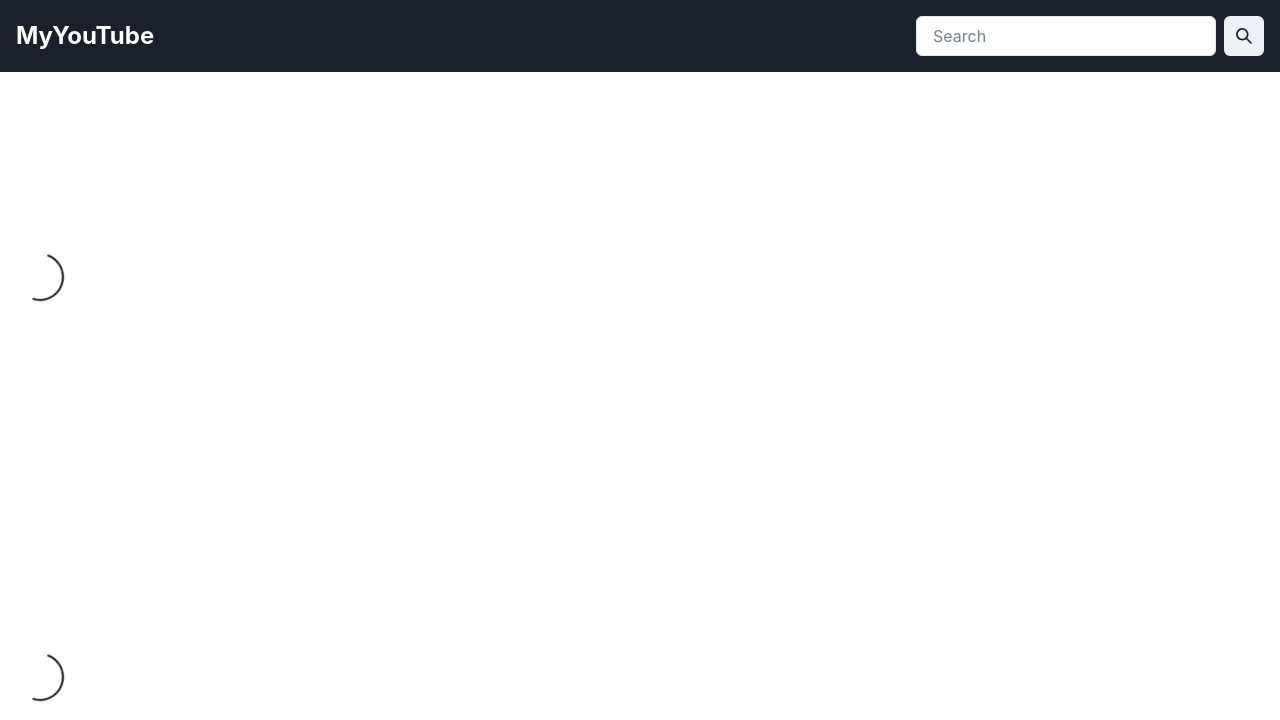
Repository: JuniorDevChris/YouTube-Engagement-Metrics
Page: /
An editor plug-in stored every save of this project. The page is shown before and after a run of saves, followed by the edit.
The browser window is 1280 px wide. The pictures show the whole page.
The project was rebuilt for these pictures with package versions that can differ from the ones it lists, and the page was loaded fresh each time. Also part of the build but not shown: vite.config.ts, src/App.css.

Above is the page before, as saved 2024-07-16 21:56:18.

After the next 2 saves:
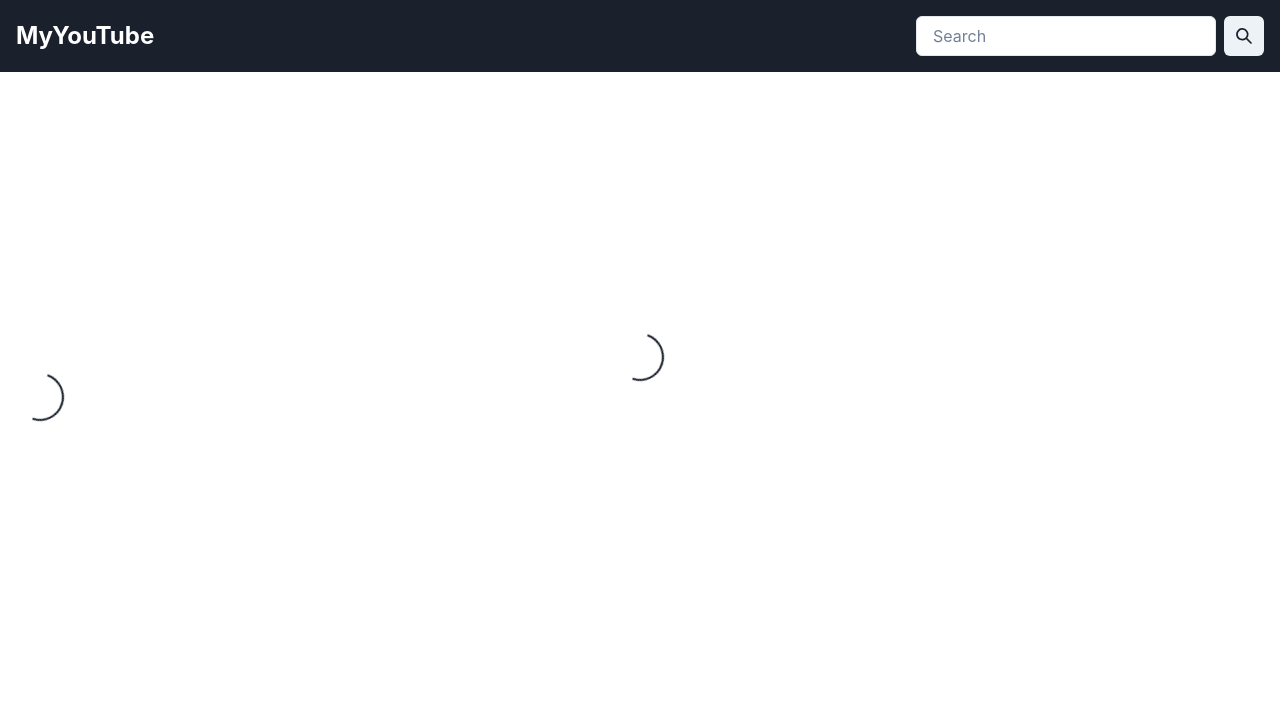
The 2 saves are shown as one change because they came seconds apart.
The last was saved 8 s later.
--- a/src/App.tsx
+++ b/src/App.tsx
@@ -71,11 +71,11 @@ function App() {
   return (
     <Box height="100vh" display="flex" flexDirection="column">
       <Navbar query={query} setQuery={setQuery} fetchVideos={fetchVideos} />
-      <Box position="relative" width="100%" height="100%">
+
         <AbsoluteCenter axis="both">
           <Spinner size="xl" />
         </AbsoluteCenter>
-      </Box>
+
       <Box
         mt="80px"
         p={10}
